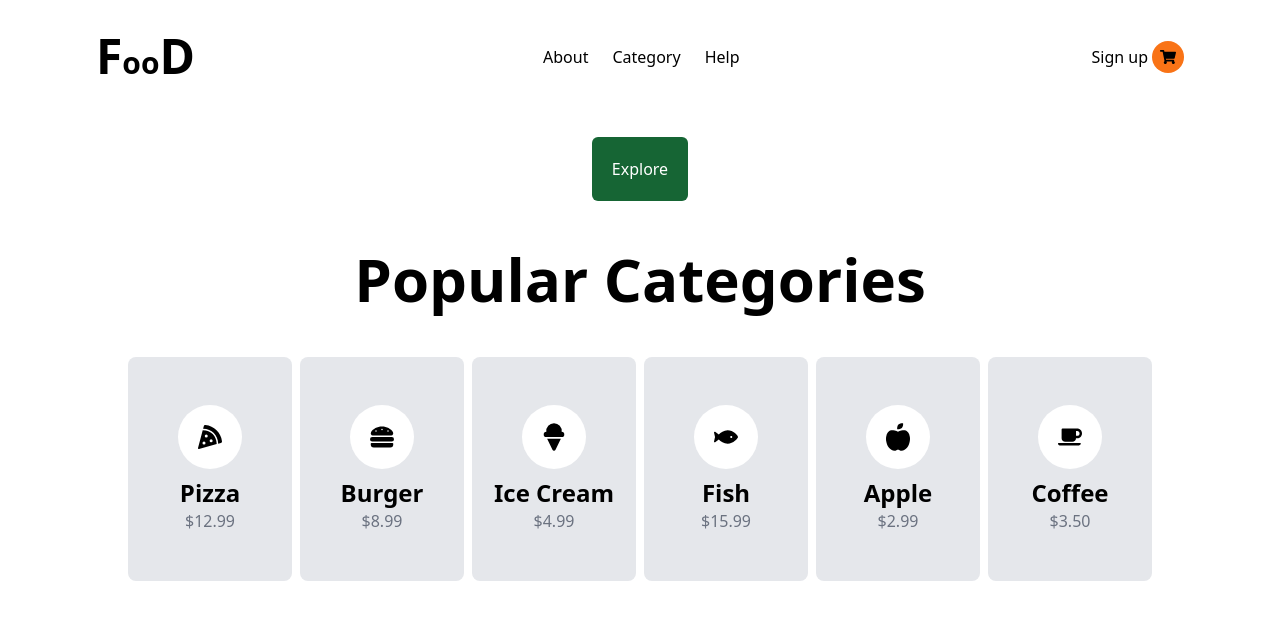
Repository: KhushiCode14/FoodWeb
Page: /category (app in frontend/)
An editor plug-in stored every save of this project. The page is shown before and after the next save, followed by the edit.
The browser window is 1280 px wide. The pictures show the whole page.
The project was rebuilt for these pictures with package versions that can differ from the ones it lists, and the page was loaded fresh each time. Also part of the build but not shown: frontend/src/Pages/Home.tsx, frontend/src/components/Home/SignUp.tsx, frontend/src/components/Home/SignIn.tsx, frontend/src/components/Home/Cart.tsx.

Above is the page before, as saved 2024-09-24 17:31:27.

After the next save:
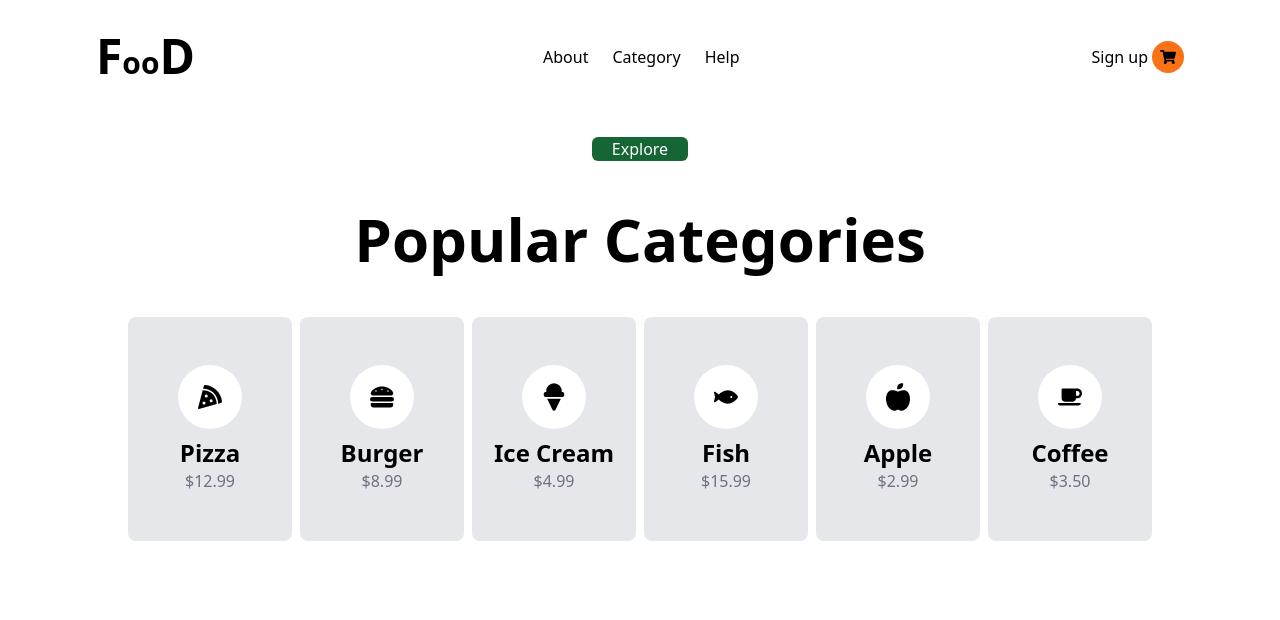
Saved 7 s later.
--- a/frontend/src/components/categories/Category.tsx
+++ b/frontend/src/components/categories/Category.tsx
@@ -5,7 +5,7 @@ import Card from './Card'
 const Category = () => {
   return (
     <div className='flex flex-col p-10  gap-4 items-center justify-center bg-white'>
-      <div className='flex-1 bg-green-800 text-white p-5 rounded-md '><button>Explore</button></div>
+      <div className='flex-1 bg-green-800 text-white px-5 rounded-md '><button>Explore</button></div>
       <div className='flex-1 text-6xl font-bold m-8 max-sm:text-3xl justify-center items-center' >Popular Categories</div>
       {/* cards */}
       <div className='flex-1 '>
